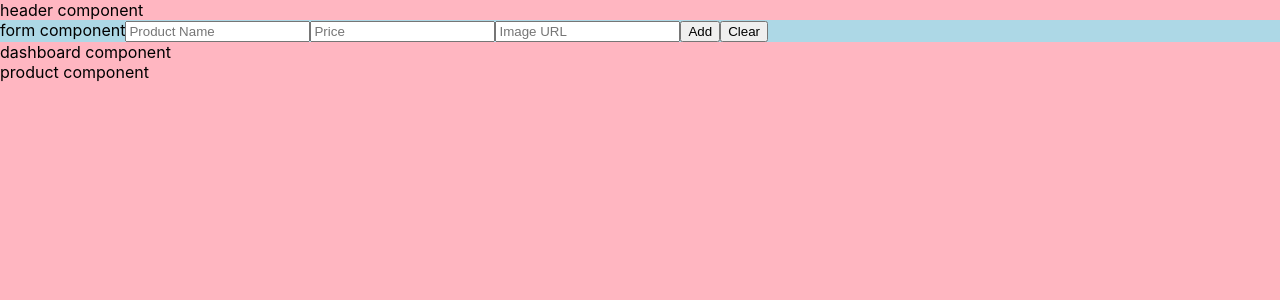
Repository: ooter37/shelfie
Page: /
These files come from the project's save history. The page is drawn as it stood at one moment and after the next save; the edit follows.
The browser window is 1280 px wide. The pictures show the whole page.
The project was rebuilt for these pictures with package versions that can differ from the ones it lists, and the page was loaded fresh each time.

Above is the page before, as saved 2020-04-03 10:49:05.

### src/App.js
import React from 'react';

import './App.css';
import Header from './Components/Header/Header'
import Dashboard from './Components/Dashboard/Dashboard'
import Form from './Components/Form/Form'

function App() {
  return (
    <div className="App">
      <Header/>
      <Form/>
      <Dashboard/>
    </div>
  );
}

export default App;

### src/App.css
.App {
  height: 100vh;
  width: 100vw;
  background-color: lightpink;
}

.form-component {
  background-color: lightblue;
}

### src/Components/Header/Header.js
import React from 'react'

export default class Header extends React.Component {
    // constructor() {
    //     super()
    // }
    render() {
        return (
            <div>header component</div>
        )
    }
}

### src/Components/Dashboard/Dashboard.js
import React from 'react'
import Product from '../Product/Product'

export default class Dashboard extends React.Component {
    // constructor() {
    //     super()
    // }
    render() {
        return (
            <div>
                dashboard component
                <Product/>

            </div>
        )
    }
}

### src/Components/Form/Form.js
import React from 'react'

export default class Form extends React.Component {
    constructor() {
        super()
        this.state = {
            name: '',
            price: '',
            img: ''
        }
        this.nameChangeHandler = this.nameChangeHandler.bind(this)
        this.priceChangeHandler = this.priceChangeHandler.bind(this)
        this.imgChangeHandler = this.imgChangeHandler.bind(this)
        this.resetButton = this.resetButton.bind(this)
    }
    nameChangeHandler(e) {
        this.setState({
            name: e.target.value
        })
    }
    priceChangeHandler(e) {
        this.setState({
            price: e.target.value
        })
    }
    imgChangeHandler(e) {
        this.setState({
            img: e.target.value
        })
    }
    resetButton() {
        this.setState({
            name: '',
            price: 0,
            img: ''
        })
    }


    render() {
        console.log(this.state)
        return (
            <div className='form-component'>form component
                <input
                    name='productName'
                    value={this.state.name}
                    onChange={e => this.nameChangeHandler(e)}
                    placeholder='Product Name'
                    ></input>
                <input
                    name='producePrice'
                    value={this.state.price}
                    onChange={e => this.priceChangeHandler(e)}
                    placeholder='Price'
                ></input>
                <input
                    name='productImage'
                    value={this.state.img}
                    onChange={e => this.imgChangeHandler(e)}
                    placeholder='Image URL'
                ></input>
                <button>Add</button>
                <button
                    onClick={this.resetButton}
                >Clear</button>
            </div>
        )
    }
}

### src/Components/Product/Product.js
import React from 'react'

export default class Product extends React.Component {
    // constructor() {
    //     super()
    // }
    render() {
        return (
            <div>product component</div>
        )
    }
}

Loaded but not shown: public/index.html (common file); src/index.js (common file); src/index.css (common file); src/serviceWorker.js (common file)

After the next save:
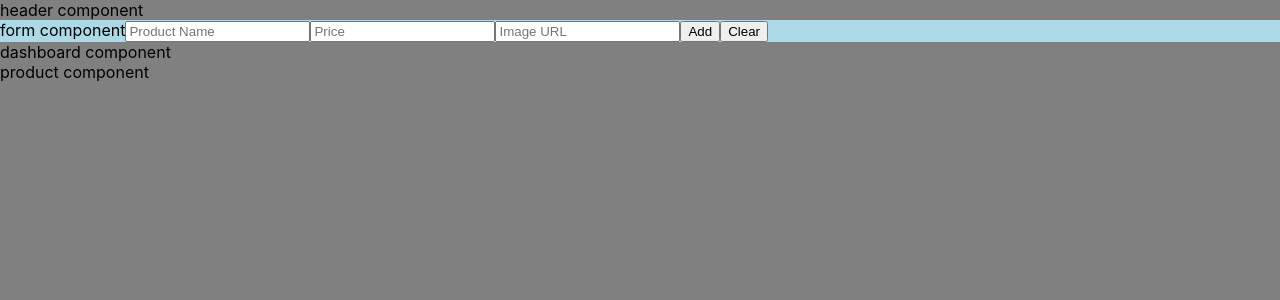
Saved 6 s later.
--- a/src/App.css
+++ b/src/App.css
@@ -1,7 +1,7 @@
 .App {
   height: 100vh;
   width: 100vw;
-  background-color: lightpink;
+  background-color: grey;
 }
 
 .form-component {
